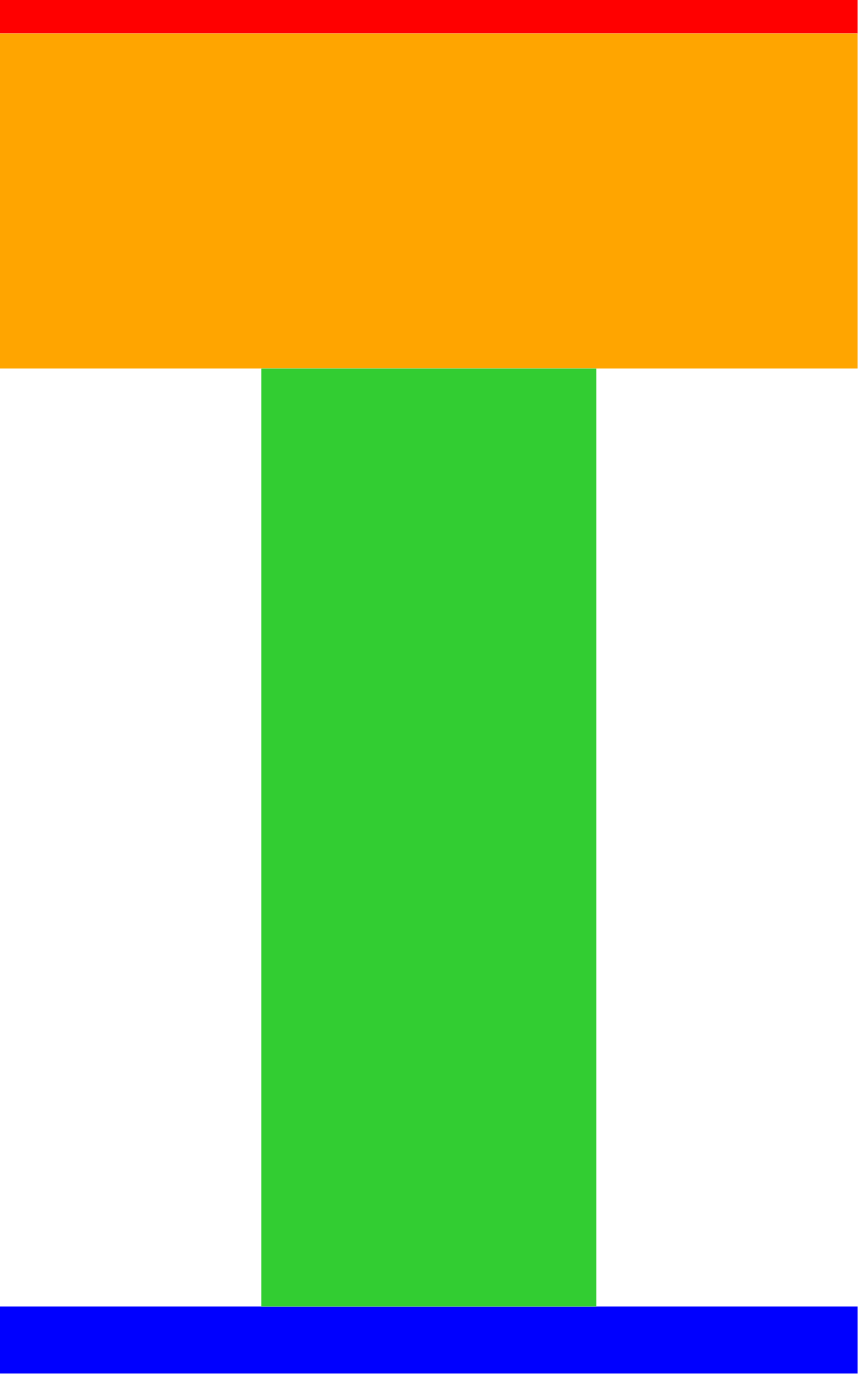
Repository: TsuKou/MainContents
Page: chapter4/index.html
The author's editor kept a record of every edit. The page is drawn from the files as they stood at one moment, then again after the next edit.
The browser window is 1280 px wide. The pictures show the whole page, at 67% of full size.

Above is the page before.

### chapter4/index.html
<!DOCTYPE html>
<html lang="ja">
  <head>
    <meta charset="UTF-8" />
    <link rel="stylesheet" href="style.css" />
    <title>4章演習問題</title>
  </head>

  <body>
    <div class="header"></div>

    <div class="main-visual"></div>

    <div class="main">
     <div class="sidebar-left"></div>
     <div class="blog"></div>
     <div class="sidebar-right"></div>
    </div>

    <div class="footer"></div>

  </body>
</html>

### chapter4/style.css
* {
  margin: 0;
  padding: 0;
  box-sizing: border-box;
}

.header {
  width: 100%;
  height: 50px;
  background-color: red;
}

.main-visual {
  width: 100%;
  height: 500px;
  background-color: orange;
}

.main {
  width: 960px;
  display: flex;
  justify-content: center;
  margin: 0 auto;
}

.blog {
  width: 500px;
  height: 1400px;
  background-color: limegreen;
  margin: 0 auto;
}

.sidebar {
  width: 960px;
  height:1400px;
  background-color: palegreen;
}

.footer {
  width: 100%;
  height: 100px;
  background-color: blue;
}

After the next edit:
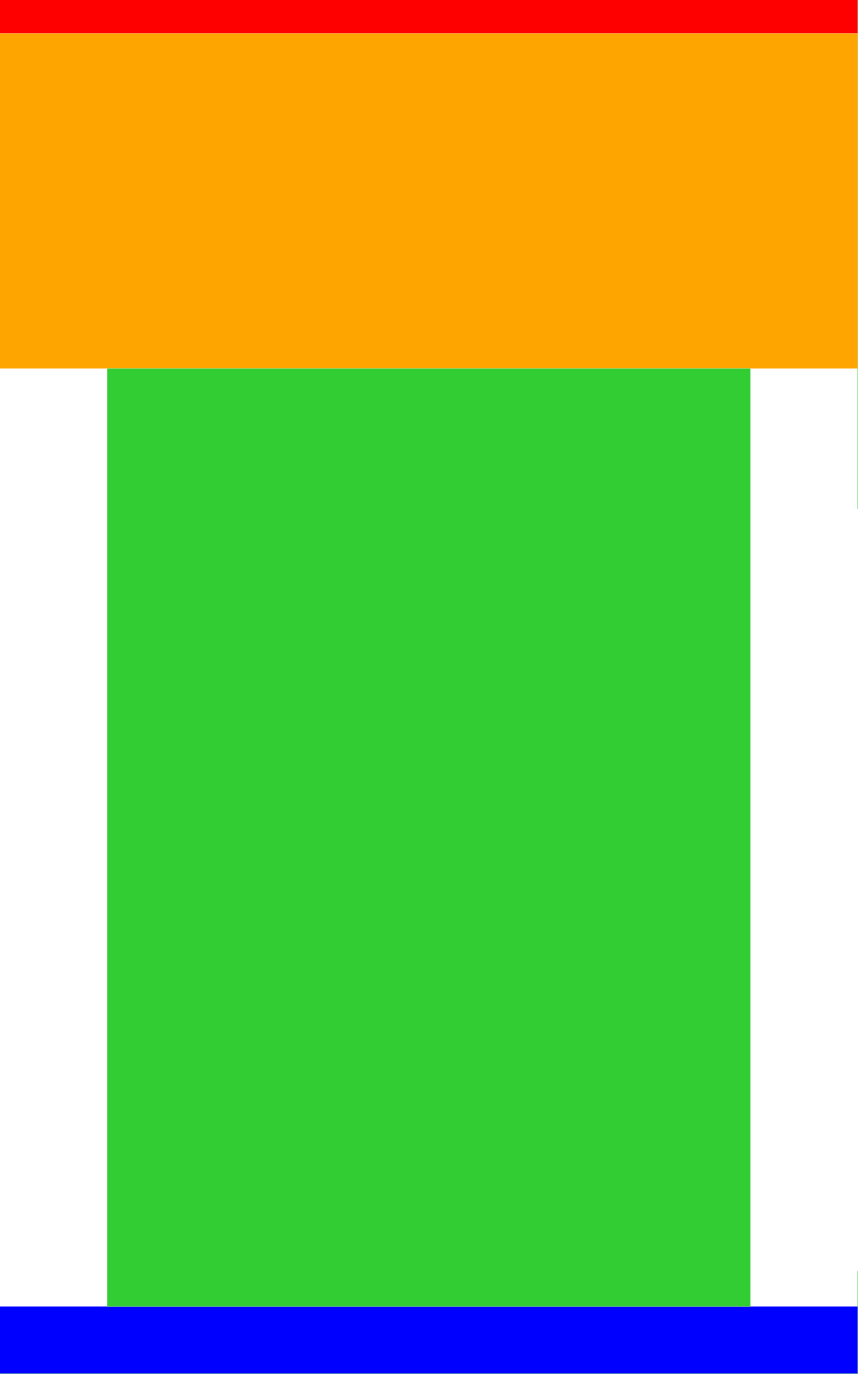
The edit:
--- a/chapter4/style.css
+++ b/chapter4/style.css
@@ -24,7 +24,7 @@
 }
 
 .blog {
-  width: 500px;
+  width: 960px;
   height: 1400px;
   background-color: limegreen;
   margin: 0 auto;
